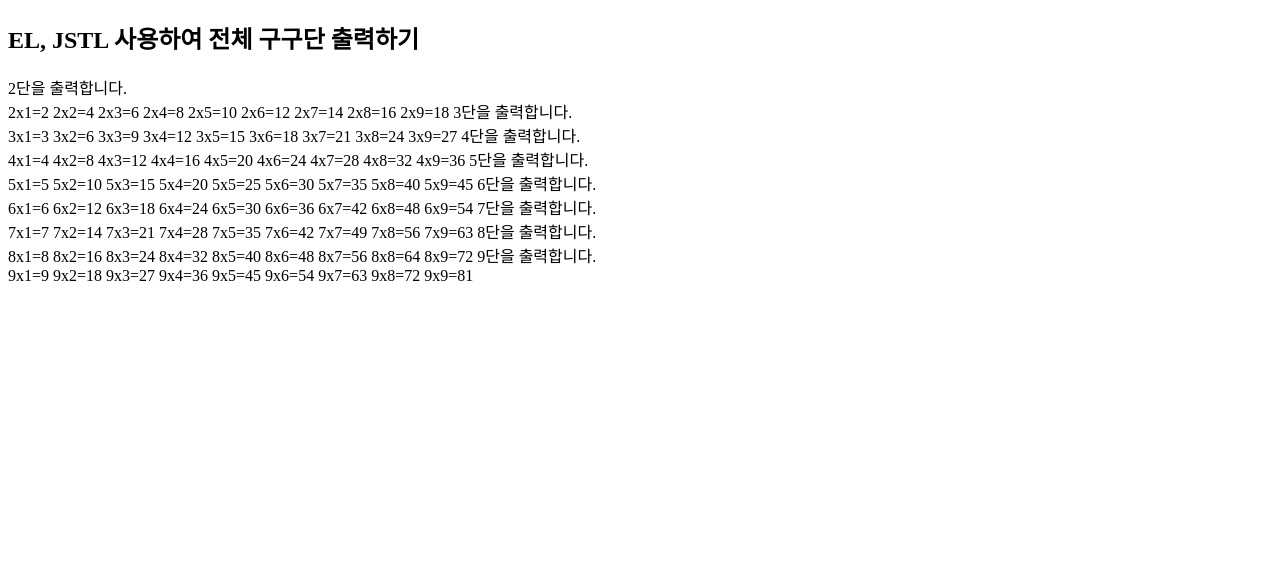
Repository: nobley3/EclipseIDE
Page: http://localhost/ELprj0908실습/quiz7
An editor plug-in stored every save of this project. The page is shown before and after the next save, followed by the edit.
The browser window is 1280 px wide. The pictures show the whole page.
The page is served by Tomcat 9.

Above is the page before, as saved 2023-09-08 06:34:39.

After the next save:
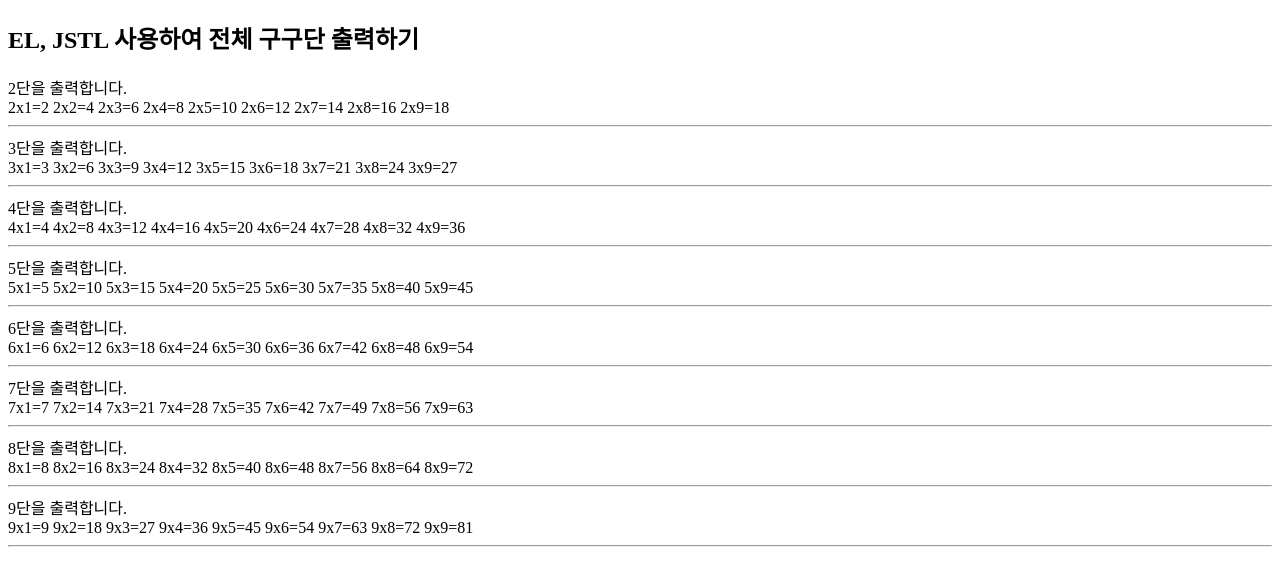
Saved 89 s later.
--- a/ELprj0908실습/src/main/webapp/WEB-INF/views/quiz7.jsp
+++ b/ELprj0908실습/src/main/webapp/WEB-INF/views/quiz7.jsp
@@ -14,9 +14,9 @@
 <c:forEach var="i" begin="2" end="9">
 <c:out value="${i}단을 출력합니다."/><br/>
 <c:forEach var="j" begin="1" end="9">
-${i}x${j}=${i*j}
+<c:out value="${i}x${j}=${i*j}"></c:out>
 </c:forEach>
-
+<hr/>
 </c:forEach>
 
 
